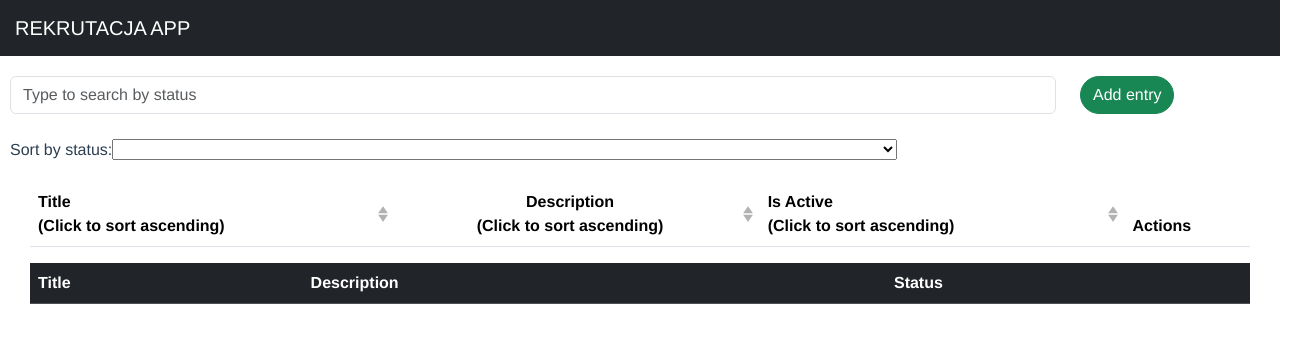
Repository: Madaless/vue_elastic
Page: / (app in vuejsapp/crudapp/)
These files come from the project's save history. The page is drawn as it stood at one moment and after the next save; the edit follows.
The browser window is 1280 px wide. The page is 1292 px wide, so the pictures cover 1292 px, including what lies to the right of the window. The pictures show the whole page.
The page's requests for data from a server got no answer. The project was rebuilt for these pictures with package versions that can differ from the ones it lists, and the page was loaded fresh each time. No one was signed in, and anything a server would have sent is missing.

Above is the page before, as saved 2021-09-12 21:48:49.

### vuejsapp/crudapp/src/main.js
import Vue from 'vue'
import App from './App.vue'
import store from  './store/index'
import { BootstrapVue, IconsPlugin } from 'bootstrap-vue'

// Import Bootstrap an BootstrapVue CSS files (order is important)
import 'bootstrap/dist/css/bootstrap.css'
import 'bootstrap-vue/dist/bootstrap-vue.css'

// Make BootstrapVue available throughout your project
Vue.use(BootstrapVue)
// Optionally install the BootstrapVue icon components plugin
Vue.use(IconsPlugin)

Vue.config.productionTip = false

new Vue({
  store,
  render: h => h(App),
}).$mount('#app')

### vuejsapp/crudapp/src/App.vue
<template>
  <div id="app">
    <b-navbar class="navbar navbar-expand navbar-dark bg-dark">
      <b-navbar-brand id="header" href="#">REKRUTACJA APP</b-navbar-brand>
    </b-navbar>

    <b-row id = "filterEntry">
      <b-col sm="10"><FilterEntry /></b-col>
      <b-col sm="2"><AddEntry /></b-col>
    </b-row>

    <EntryList />
  </div>
</template>

<script>
import AddEntry from "./components/AddEntry.vue";
import FilterEntry from "./components/FilterEntry.vue";
import EntryList from "./components/EntryList.vue";

export default {
  name: "App",
  components: {
    AddEntry,
    FilterEntry,
    EntryList,
  },
};
</script>

<style>
#app {
  font-family: Avenir, Helvetica, Arial, sans-serif;
  -webkit-font-smoothing: antialiased;
  -moz-osx-font-smoothing: grayscale;
  color: #2c3e50;
}
#header {
  padding-left: 15px;
}

#filterEntry {
    padding-top: 20px;
    padding-bottom: 20px;
    padding-left: 10px;
    padding-right: 10px;
}
</style>

### vuejsapp/crudapp/src/store/index.js
import Vuex from 'vuex';
import Vue from 'vue';
import entryList from './modules/entryList';

Vue.use(Vuex);

export default new Vuex.Store({
    modules: {
        entryList
    }
})

### vuejsapp/crudapp/src/components/AddEntry.vue
<template>
  <div>
    <b-button pill block variant="success">Add entry</b-button>
  </div>
</template>

<script>
export default {
  setup() {},
};
</script>

<style scoped>
</style>

### vuejsapp/crudapp/src/components/FilterEntry.vue
<template>
  <div>
    <b-form-input
      id="filter-input"
      v-model="filter"
      type="search"
      placeholder="Type to search by status"
    ></b-form-input>

      <b-form-group
        label-for="sort-by-select"
        label-cols-sm="3"
        label-align-sm="right"
        label-size="sm"
        class="mb-0"
        v-slot="{ ariaDescribedby }"
      >
      <label>{{Sort}} </label>
        <b-form-select
          id="sort-by-select"
          v-model="sortBy"
          :options="sortOptions"
          :aria-describedby="ariaDescribedby"
          size="l"
          class="w-75"
        >
          <template #first>
            <option value="">-- none --</option>
          </template>
        </b-form-select>
      </b-form-group>
  </div>
</template>

<script>
export default {
  setup() {},
  data() {
    return {
      Sort: "Sort by status: ",
      sortOptions: ["no", "yes"],
    };
  },
};
</script>

<style scoped>
</style>

### vuejsapp/crudapp/src/components/EntryList.vue
<template>
  <div id="entryList">

    <div class="todos">
      <b-table :items="entryList" :fields="fields">
        <template #cell(name)="row">
          {{ row.value.first }} {{ row.value.last }}
        </template>

        <template #cell(actions)="row">

          <b-button size="sm" pill @click="row.toggleDetails">
            {{ row.detailsShowing ? "Hide" : "Show" }} Details
          </b-button>
          <b-button size="sm" pill block variant="danger"
            >Delete entry</b-button>
        </template>

        <template #row-details="row">
          <b-card>
            <ul>
              <li v-for="(value, key) in row.item" :key="key">
                {{ key }}: {{ value }}
              </li>
            </ul>
          </b-card>
        </template>
      </b-table>
      <table class="table table-striped table-dark">
        <thead>
          <tr>
            <th>Title</th>
            <th>Description</th>
            <th>Status</th>
          </tr>
        </thead>
        <tbody>
          <tr v-for="entry in entryList" v-bind:key="entry.key">
            <td>{{ entry.title }}</td>
          </tr>
        </tbody>
      </table>
    </div>
  </div>
</template>

<script>
import { mapGetters, mapActions } from "vuex";

export default {
  name: "EntryList",
  methods: {
    ...mapActions(["fetchEntryList"]),
  },
  computed: mapGetters(["entryList"]),
  created() {
    this.fetchEntryList();
  },
  data() {
    return {
      fields: [
        {
          key: "name",
          label: "Title",
          sortable: true,
          sortDirection: "desc",
        },
        {
          key: "description",
          label: "Description",
          sortable: true,
          class: "text-center",
        },
        {
          key: "isActive",
          label: "Is Active",
          formatter: (value) => {
            return value ? "Yes" : "No";
          },
          sortable: true,
          sortByFormatted: true,
          filterByFormatted: true,
        },
        { key: "actions", label: "Actions" },
      ],
    };
  },
};
</script>

<style scoped>
#entryList {
  padding-left: 30px;
  padding-right: 30px;
}
</style>

### vuejsapp/crudapp/src/store/modules/entryList.js
import axios from 'axios';

const state = {
  entryList: []
};
// get the state
const getters = {
  entryList: (state) => {
    return state.entryList
  }
};

const actions = {
    // fetch from api
  async fetchEntryList({ commit }) {
    const response = await axios.get('http://localhost:8082/entries/');
    console.log(response)
    commit('setEntryList', response.data.content);
  }
}

const mutations = {
    setEntryList: (state, entryList) => (state.entryList = entryList)
};

export default {
    state,
    getters,
    actions,
    mutations
};

Loaded but not shown: vuejsapp/crudapp/public/index.html (common file)

After the next save:
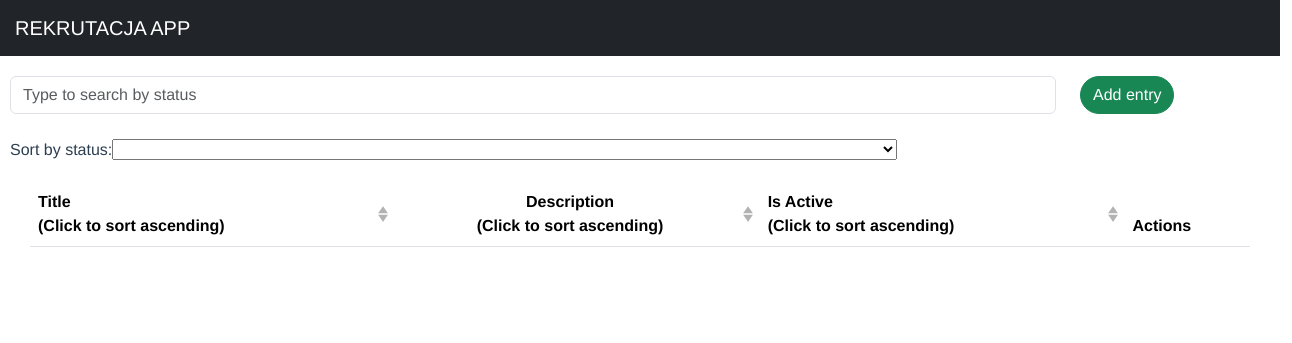
Saved 59 s later.
--- a/vuejsapp/crudapp/src/components/EntryList.vue
+++ b/vuejsapp/crudapp/src/components/EntryList.vue
@@ -26,7 +26,8 @@
           </b-card>
         </template>
       </b-table>
-      <table class="table table-striped table-dark">
+
+      <!-- <table class="table table-striped table-dark">
         <thead>
           <tr>
             <th>Title</th>
@@ -39,7 +40,7 @@
             <td>{{ entry.title }}</td>
           </tr>
         </tbody>
-      </table>
+      </table> -->
     </div>
   </div>
 </template>
